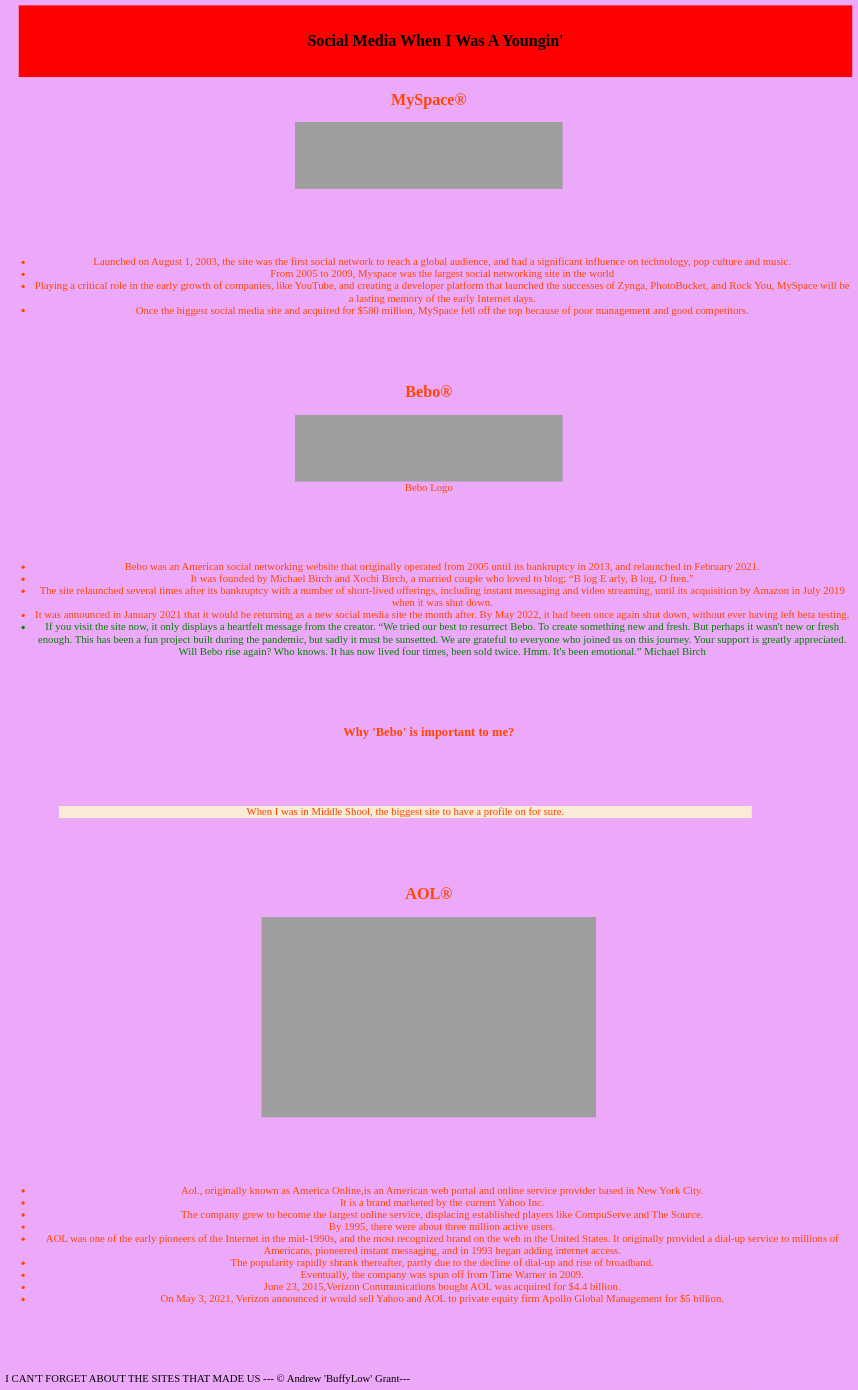
Repository: AndrewGrantt/LC101
Page: LC101/js-assignment-4-html-me-something-buffylow/index.html
The author's editor kept a copy of each file at every save. The page is drawn from the files as they stood at one save, then again after the next save.
The browser window is 1280 px wide. The pictures show the whole page, at 67% of full size.
Pictures or frames that could not be fetched are drawn as grey boxes.

Above is the page before, as saved 2022-07-15 06:31:11.

### LC101/js-assignment-4-html-me-something-buffylow/index.html
<html>
<head>
<title>SOCIAL NETWORKS FOR THE AGES</title>
<link rel="stylesheet" href="styles.css">
</head>
<body>

<article class="all-sites">
   <h1 id="myHeader">Social Media When I Was A Youngin'</h1>
  <article class="sites">

    <h2>MySpace&reg;</h2>
    <img src="/images/MySpace_logo.jpg" alt="MySpace Logo 2004-2010" width="400" height="100">
    <p>
     <ul>
      <li>Launched on August 1, 2003, the site was the first social network to reach a global audience, and had a significant influence on technology, pop culture and music.</li>

      <li>From 2005 to 2009, Myspace was the largest social networking site in the world</li>

      <li>Playing a critical role in the early growth of companies, like YouTube, and creating a developer platform that launched the successes of Zynga, PhotoBucket, and Rock You, MySpace will be a lasting memory of the early Internet days. </li>

      <li> Once the biggest social media site and acquired for $580 million, MySpace fell off the top because of poor management and good competitors. </li>
     </ul>
   </p>

  </article>

  <article class="sites">
    <h2>Bebo&reg;</h2>
    <figure>
      <img src="/images/bebo.jpg" alt="Bebo Logo" width="400" height="100">
      <figcaption>Bebo Logo</a></figcaption>
   </figure>
    <p>
    <ul>
      <li>Bebo was an American social networking website that originally operated from 2005 until its bankruptcy in 2013, and relaunched in February 2021.</li>
          <li>It was founded by Michael Birch and Xochi Birch, a married couple who loved to blog;
          “B log E arly, B log, O ften.” </li>
      <li>The site relaunched several times after its bankruptcy with a number of short-lived offerings, including instant messaging and video streaming, until its acquisition by Amazon in July 2019 when it was shut down. </li>
      <li>It was announced in January 2021 that it would be returning as a new social media site the month after. By May 2022, it had been once again shut down, without ever having left beta testing. </li>
     <li id="testP"> If you visit the site now, it only displays a heartfelt message from the creator.


      “We tried our best to resurrect Bebo.
      To create something new and fresh.
      But perhaps it wasn't new or fresh enough.
      This has been a fun project built during the pandemic, but sadly it must be sunsetted. We are grateful to everyone who joined us on this journey. Your support is greatly appreciated.
      Will Bebo rise again?
      Who knows. It has now lived four times, been sold twice. Hmm.
      It's been emotional.”

      Michael Birch</li>
   </ul>
   </p>
      <h3> Why 'Bebo' is important to me?</h3>
      <p>
         When I was in Middle Shool, the biggest site to have a profile on for sure.
      </p>
  </article>
  <article class="sites">
    <h2>AOL&reg;</h2>
    <img src="/images/AOL.jpg" alt="AOL Logo" width="500" height="300">
    <p>
      <ul>
      <li>Aol., originally known as America Online,is an American web portal and online service provider based in New York City.</li>
      <li>It is a brand marketed by the current Yahoo Inc.</li>
      <li>The company grew to become the largest online service, displacing established players like CompuServe and The Source. </li>
      <li>By 1995, there were about three million active users.</li>
      <li>AOL was one of the early pioneers of the Internet in the mid-1990s, and the most recognized brand on the web in the United States. It originally provided a dial-up service to millions of Americans, pioneered instant messaging, and in 1993 began adding internet access.</li>
       <li>The popularity rapidly shrank thereafter, partly due to the decline of dial-up and rise of broadband.</li>
      <li>Eventually, the company was spun off from Time Warner in 2009.</li>
      <li>June 23, 2015,Verizon Communications bought AOL was acquired for $4.4 billion.</li>
      <li>On May 3, 2021, Verizon announced it would sell Yahoo and AOL to private equity firm Apollo Global Management for $5 billion.</li>
      </ul>
      </p>
  </article>
</article>
<footer>
   I CAN'T FORGET ABOUT THE SITES THAT MADE US

  --- &copy; Andrew 'BuffyLow' Grant---
</footer>
</body>
</html>

### LC101/js-assignment-4-html-me-something-buffylow/styles.css

body {
    background-color: rgba(225, 111, 246, 0.595);
  }

  h1 {
    color: blueviolet;
    margin-left: 20px;
  }

    .sites {
    color: orangered;
    text-align: center;
  }
  p {
    margin-top: 100px;
    margin-bottom: 100px;
    margin-right: 150px;
    margin-left: 80px;
background-color: antiquewhite;
  }
  #myHeader {
    background-color: red;
    color: black;
    padding: 40px;
    text-align: center;}

    #testP{
        color:green;
        text-align:center;
    }

After the next save:
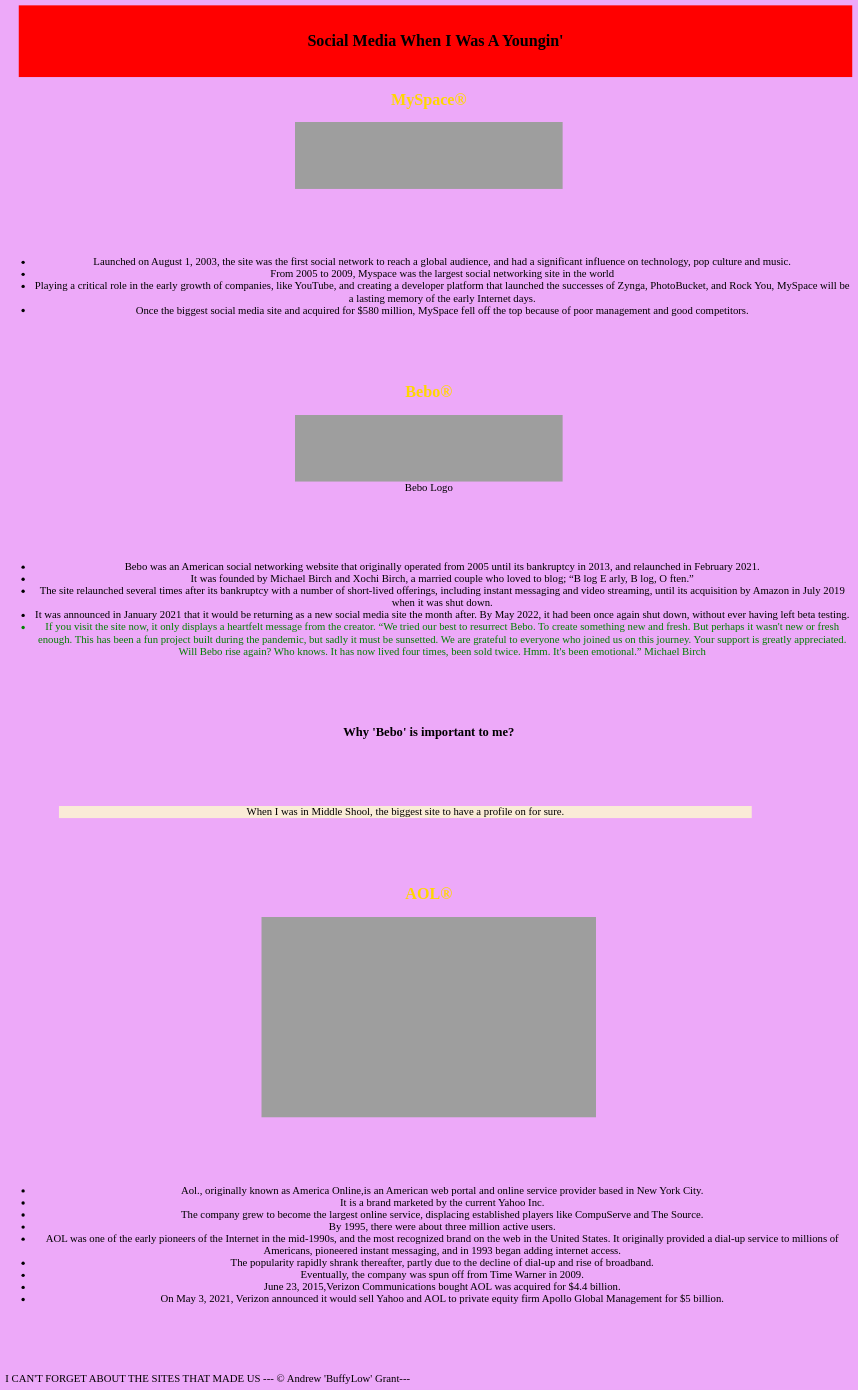
Saved 4 min 15 s later.
--- a/LC101/js-assignment-4-html-me-something-buffylow/index.html
+++ b/LC101/js-assignment-4-html-me-something-buffylow/index.html
@@ -6,10 +6,10 @@
 <body>
 
 <article class="all-sites">
-   <h1 id="myHeader">Social Media When I Was A Youngin'</h1>
+   <h1 id="mainHeader">Social Media When I Was A Youngin'</h1>
   <article class="sites">
 
-    <h2>MySpace&reg;</h2>
+    <h2 id="headcolor">MySpace&reg;</h2>
     <img src="/images/MySpace_logo.jpg" alt="MySpace Logo 2004-2010" width="400" height="100">
     <p>
      <ul>
@@ -26,7 +26,7 @@
   </article>
 
   <article class="sites">
-    <h2>Bebo&reg;</h2>
+    <h2 id="headcolor">Bebo&reg;</h2>
     <figure>
       <img src="/images/bebo.jpg" alt="Bebo Logo" width="400" height="100">
       <figcaption>Bebo Logo</a></figcaption>
@@ -58,7 +58,7 @@
       </p>
   </article>
   <article class="sites">
-    <h2>AOL&reg;</h2>
+    <h2 id="headcolor">AOL&reg;</h2>
     <img src="/images/AOL.jpg" alt="AOL Logo" width="500" height="300">
     <p>
       <ul>
--- a/LC101/js-assignment-4-html-me-something-buffylow/styles.css
+++ b/LC101/js-assignment-4-html-me-something-buffylow/styles.css
@@ -9,7 +9,7 @@
   }
 
     .sites {
-    color: orangered;
+    color: black;
     text-align: center;
   }
   p {
@@ -19,7 +19,7 @@
     margin-left: 80px;
 background-color: antiquewhite;
   }
-  #myHeader {
+  #mainHeader {
     background-color: red;
     color: black;
     padding: 40px;
@@ -29,3 +29,7 @@
         color:green;
         text-align:center;
     }
+    #headcolor{
+        color:gold
+
+    }
